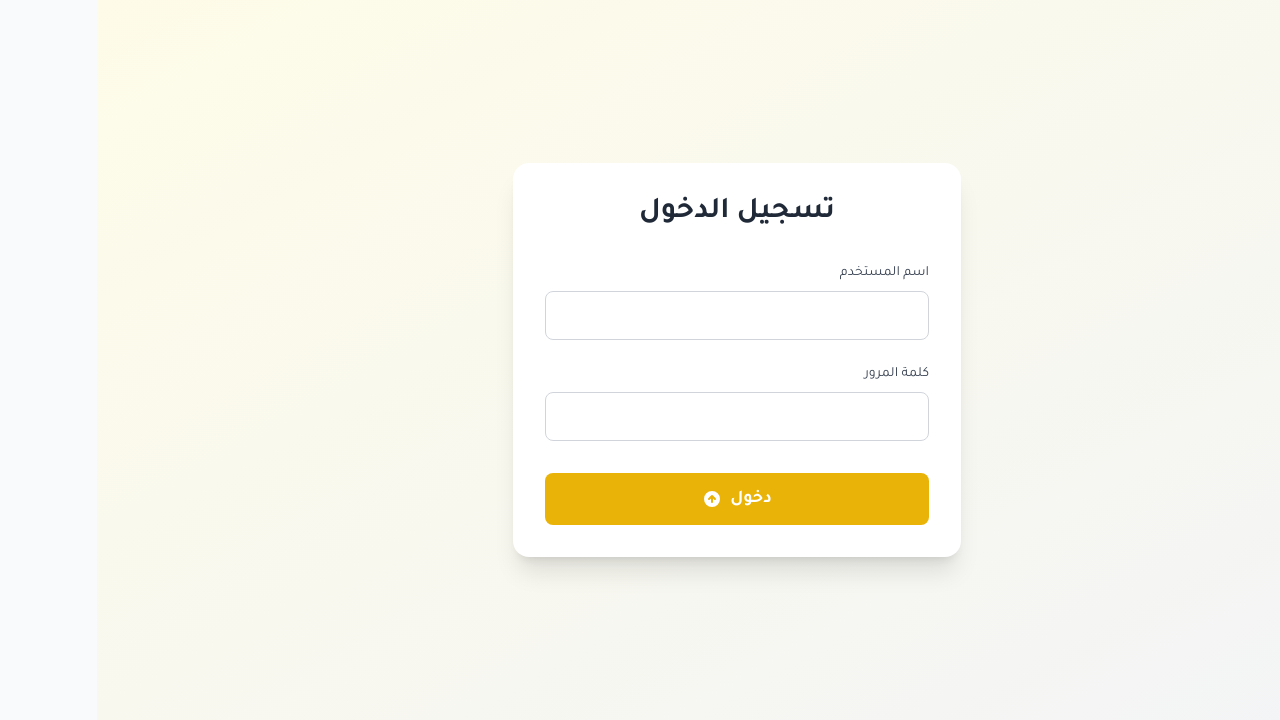
Repository: aseel99/sunduqi
Page: / (app in sunduqi-frontend/)
The author's editor kept a copy of each file at every save. The page is drawn from the files as they stood at one save, then again after the next save.
The browser window is 1280 px wide. The pictures show the whole page.
The project was rebuilt for these pictures with package versions that can differ from the ones it lists, and the page was loaded fresh each time. Also part of the build but not shown: sunduqi-frontend/vite.config.js, sunduqi-frontend/src/pages/NotFound.jsx, sunduqi-frontend/src/pages/Dashboard.jsx, sunduqi-frontend/src/pages/Opening.jsx, sunduqi-frontend/src/pages/ChooseVoucher.jsx, sunduqi-frontend/src/pages/Receipt.jsx, sunduqi-frontend/src/pages/Disbursement.jsx, sunduqi-frontend/src/pages/VoucherDetails.jsx and 12 more.

Above is the page before, as saved 2025-06-16 00:51:37.

### sunduqi-frontend/index.html
<!doctype html>
<html lang="en">
  <head>
    <meta charset="UTF-8" />
    <link rel="icon" type="image/png" href="./src/assets/eshalabi-logo.png" />
    <link href="https://fonts.googleapis.com/css2?family=Tajawal:wght@400;700&display=swap" rel="stylesheet">
    <meta name="viewport" content="width=device-width, initial-scale=1.0" />
    <title>صندوقي</title>
  </head>
  <body>
    <div id="root"></div>
    <script type="module" src="/src/main.jsx"></script>
  </body>
</html>

### sunduqi-frontend/src/main.jsx
import React from 'react';
import ReactDOM from 'react-dom/client';
import App from './App';
import { AuthProvider } from './auth/AuthContext';
import { ToastContainer } from 'react-toastify';
import 'react-toastify/dist/ReactToastify.css';
import './styles/index.css'; // Make sure this is imported

ReactDOM.createRoot(document.getElementById('root')).render(
  <React.StrictMode>
    <AuthProvider>
      <App />
      <ToastContainer position="top-right" autoClose={3000} />
    </AuthProvider>
  </React.StrictMode>
);

### sunduqi-frontend/src/App.jsx
import { BrowserRouter, Routes, Route } from 'react-router-dom';
import Login from './pages/Login';
import NotFound from './pages/NotFound';
import Dashboard from './pages/Dashboard';
import Opening from './pages/Opening';
import ChooseVoucher from './pages/ChooseVoucher';
import Receipt from './pages/Receipt';
import Disbursement from './pages/Disbursement';
import VoucherDetails from './pages/VoucherDetails';
import CashDelivery from './pages/CashDelivery';
import AdminVouchers from './pages/AdminVouchers';
import Matching from './pages/Matching';
import AdminCollection from './pages/AdminCollection';
import AdminPending from './pages/AdminPending';
import AdminSummary from './pages/AdminSummary';
import AdminFinanceSummary from './pages/AdminFinanceSummary';
import Notifications from './pages/Notifications';
import UserManagement from './pages/UserManagement';
import Layout from './components/Layout';
import PrivateRoute from './components/PrivateRoute';

function App() {
  console.log('User in App:', localStorage.getItem('user'));
  return (
    <BrowserRouter>
      <Routes>
        <Route path="/login" element={<Login />} />
        <Route path="/test" element={<div>Hello</div>} />

        {/* Protected Layout for logged-in users */}
        <Route element={<PrivateRoute />}>
          <Route element={<Layout />}>
            <Route path="/" element={<Dashboard />} />
            <Route path="/opening" element={<Opening />} />
            <Route path="/vouchers" element={<ChooseVoucher />} />
            <Route path="/receipt" element={<Receipt />} />
            <Route path="/receipt/:id" element={<VoucherDetails />} />
            <Route path="/disbursement" element={<Disbursement />} />
            <Route path="/disbursement/:id" element={<VoucherDetails />} />
            <Route path="/cash-delivery" element={<CashDelivery />} />
            <Route path="/matching" element={<Matching />} />
            <Route path="/notifications" element={<Notifications />} />

            {/* Admin-only routes */}
            <Route element={<PrivateRoute allowedRoles={["admin"]} />}>
              <Route path="/admin/vouchers" element={<AdminVouchers />} />
              <Route path="/admin/collection" element={<AdminCollection />} />
              <Route path="/admin/matching" element={<Matching />} />
              <Route path="/admin/finance-summary" element={<AdminFinanceSummary />} /> {/* ملخص المقبوضات والمصروفات */}
              <Route path="/admin/pending" element={<AdminPending />} />
              <Route path="/admin/users" element={<UserManagement />} />
              <Route path="/admin/summary" element={<AdminSummary />} />
            </Route>
          </Route>
        </Route>

        <Route path="*" element={<NotFound />} />
      </Routes>
    </BrowserRouter>
  );
}

export default App;

### sunduqi-frontend/src/auth/AuthContext.jsx
import { createContext, useContext, useState, useEffect } from 'react';

const AuthContext = createContext();

export function AuthProvider({ children }) {
  const [user, setUser] = useState(() => {
    const saved = localStorage.getItem('user');
    return saved ? JSON.parse(saved) : null;
  });

  const login = (data) => {
    setUser(data.user);
    localStorage.setItem('user', JSON.stringify(data.user));
    localStorage.setItem('token', data.token);
  };

  const logout = () => {
    setUser(null);
    localStorage.removeItem('user');
    localStorage.removeItem('token');
  };

  return (
    <AuthContext.Provider value={{ user, login, logout }}>
      {children}
    </AuthContext.Provider>
  );
}

export const useAuth = () => useContext(AuthContext);

### sunduqi-frontend/src/styles/index.css
@tailwind base;
@tailwind components;
@tailwind utilities;

body {
  direction: rtl;
  @apply bg-graylight text-secondary font-arabic text-sm leading-relaxed;
}

input, select, textarea {
  @apply border border-bordergray rounded px-3 py-2 bg-white focus:outline-none focus:ring-2 focus:ring-primary transition;
}

button {
  @apply font-semibold transition duration-150 ease-in-out rounded px-4 py-2;
}

.btn-primary {
  @apply bg-primary text-white hover:bg-accent;
}

.btn-secondary {
  @apply bg-gray-200 text-secondary hover:bg-gray-300;
}

.heading {
  @apply text-lg font-bold text-secondary mb-2;
}

.card {
  @apply bg-white p-4 rounded-xl shadow-card;
}

table {
  @apply w-full border text-right text-sm;
}
th {
  @apply bg-gray-100 border px-2 py-2 text-secondary;
}
td {
  @apply border px-2 py-2;
}
tr:hover {
  @apply bg-gray-50;
}

### sunduqi-frontend/src/pages/Login.jsx
import { useState } from 'react';
import { useNavigate } from 'react-router-dom';
import { useAuth } from '../auth/AuthContext';
import axios from '../api/axios';

export default function Login() {
  const [username, setUsername] = useState('');
  const [password, setPassword] = useState('');
  const { login } = useAuth();
  const navigate = useNavigate();
  const [error, setError] = useState('');

  const handleLogin = async (e) => {
    e.preventDefault();
    setError('');

    try {
      const res = await axios.post('/auth/login', { username, password });
      login(res.data); // { token, user }
      navigate('/');
    } catch (err) {
      setError('فشل تسجيل الدخول. تحقق من البيانات.');
    }
  };

  return (
    <div className="min-h-screen flex items-center justify-center bg-gradient-to-br from-yellow-50 to-gray-100 font-[Tajawal]" dir="rtl">
      <form onSubmit={handleLogin} className="bg-white shadow-xl rounded-2xl p-8 w-full max-w-md">
        <h2 className="text-3xl font-bold mb-8 text-center text-gray-800">تسجيل الدخول</h2>

        {error && (
          <div className="mb-6 p-3 bg-red-100 text-red-700 rounded-lg text-sm flex items-center">
            <svg xmlns="http://www.w3.org/2000/svg" className="h-5 w-5 ml-2" viewBox="0 0 20 20" fill="currentColor">
              <path fillRule="evenodd" d="M18 10a8 8 0 11-16 0 8 8 0 0116 0zm-7 4a1 1 0 11-2 0 1 1 0 012 0zm-1-9a1 1 0 00-1 1v4a1 1 0 102 0V6a1 1 0 00-1-1z" clipRule="evenodd" />
            </svg>
            {error}
          </div>
        )}

        <div className="mb-6">
          <label className="block mb-2 text-sm font-medium text-gray-700">اسم المستخدم</label>
          <input
            type="text"
            className="w-full px-4 py-3 border border-gray-300 rounded-lg focus:outline-none focus:ring-2 focus:ring-yellow-400 focus:border-transparent transition"
            value={username}
            onChange={(e) => setUsername(e.target.value)}
            required
          />
        </div>

        <div className="mb-8">
          <label className="block mb-2 text-sm font-medium text-gray-700">كلمة المرور</label>
          <input
            type="password"
            className="w-full px-4 py-3 border border-gray-300 rounded-lg focus:outline-none focus:ring-2 focus:ring-yellow-400 focus:border-transparent transition"
            value={password}
            onChange={(e) => setPassword(e.target.value)}
            required
          />
        </div>

        <button
          type="submit"
          className="w-full bg-yellow-500 hover:bg-yellow-600 text-white font-bold py-3 px-4 rounded-lg transition duration-300 flex items-center justify-center text-lg"
        >
          <span>دخول</span>
          <svg xmlns="http://www.w3.org/2000/svg" className="h-5 w-5 mr-2" viewBox="0 0 20 20" fill="currentColor">
            <path fillRule="evenodd" d="M10 18a8 8 0 100-16 8 8 0 000 16zm3.707-8.707l-3-3a1 1 0 00-1.414 0l-3 3a1 1 0 001.414 1.414L9 9.414V13a1 1 0 102 0V9.414l1.293 1.293a1 1 0 001.414-1.414z" clipRule="evenodd" />
          </svg>
        </button>
      </form>
    </div>
  );
}

### sunduqi-frontend/src/components/PrivateRoute.jsx
import { Navigate, Outlet } from 'react-router-dom';
import { useAuth } from '../auth/AuthContext';

export default function PrivateRoute({ allowedRoles = [] }) {
  const { user } = useAuth();
  console.log('PrivateRoute: user =', user);

  if (!user) return <Navigate to="/login" replace />;
  if (allowedRoles.length > 0 && !allowedRoles.includes(user.role)) {
    return <Navigate to="/" replace />;
  }

  return <Outlet />;
}

### sunduqi-frontend/src/api/axios.js
import axios from 'axios';

const instance = axios.create({
  baseURL: 'http://localhost:3001/api',
  withCredentials: true
});

// Attach token
instance.interceptors.request.use((config) => {
  const token = localStorage.getItem('token');
  if (token) {
    config.headers.Authorization = `Bearer ${token}`;
  }
  return config;
});

export default instance;

### sunduqi-frontend/tailwind.config.js
/** @type {import('tailwindcss').Config} */
module.exports = {
  content: [
    './index.html',
    './src/**/*.{js,jsx,ts,tsx}',
  ],
  theme: {
    extend: {
      colors: {
        primary: '#F5C700',         // الأصفر المميز لشعار eshalabi
        secondary: '#333333',       // رمادي داكن للنصوص
        accent: '#E5B600',          // لون أصفر أغمق للـ hover
        graylight: '#F9FAFB',       // خلفية ناعمة جداً
        bordergray: '#E5E7EB',      // لون للحدود والفواصل
        muted: '#9CA3AF',           // رمادي للنصوص الثانوية
        danger: '#EF4444',          // أحمر للتنبيهات
        success: '#10B981',         // أخضر للحالات الناجحة
      },
      fontFamily: {
        arabic: ['Tajawal', 'sans-serif'],
      },
      boxShadow: {
        card: '0 1px 3px rgba(0,0,0,0.05), 0 4px 6px rgba(0,0,0,0.1)',
      },
      borderRadius: {
        xl: '1rem',
      },
    },
  },
  plugins: [],
}

After the next save:
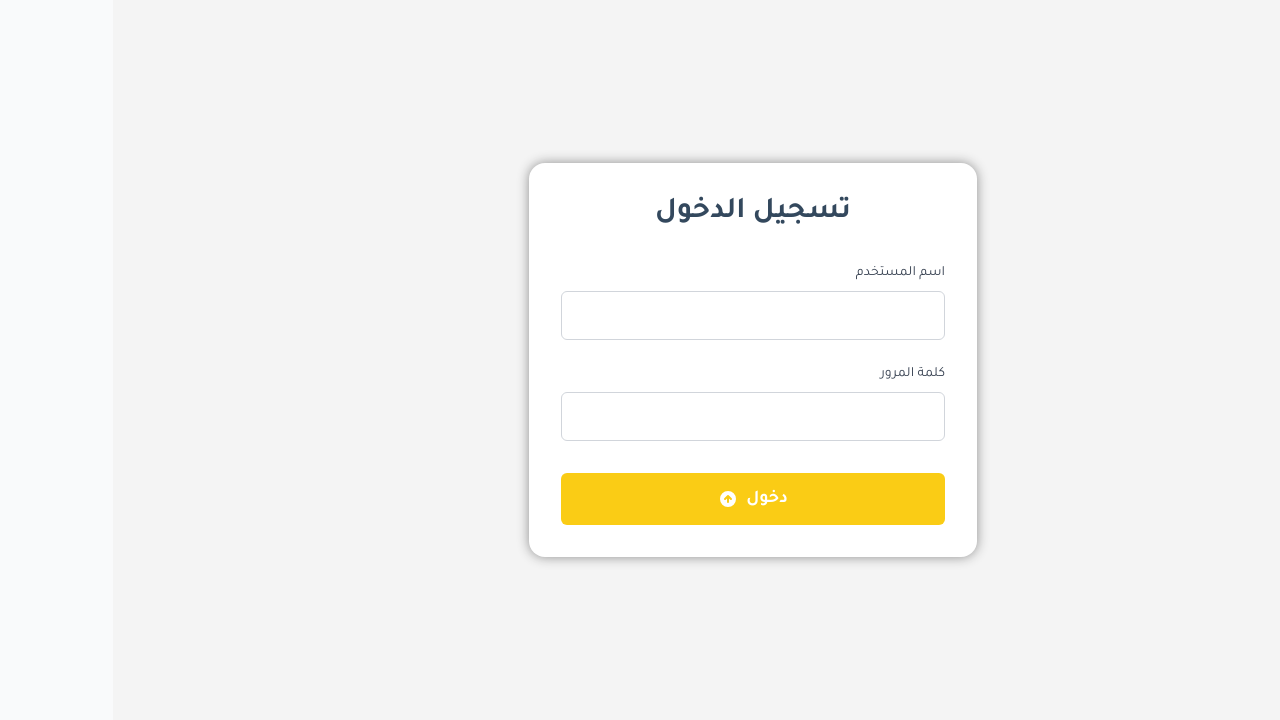
Saved 2 min 41 s later.
--- a/sunduqi-frontend/src/pages/Login.jsx
+++ b/sunduqi-frontend/src/pages/Login.jsx
@@ -10,13 +10,14 @@
   const navigate = useNavigate();
   const [error, setError] = useState('');
 
+  // Handle login submission
   const handleLogin = async (e) => {
     e.preventDefault();
     setError('');
 
     try {
       const res = await axios.post('/auth/login', { username, password });
-      login(res.data); // { token, user }
+      login(res.data); // contains { token, user }
       navigate('/');
     } catch (err) {
       setError('فشل تسجيل الدخول. تحقق من البيانات.');
@@ -24,48 +25,83 @@
   };
 
   return (
-    <div className="min-h-screen flex items-center justify-center bg-gradient-to-br from-yellow-50 to-gray-100 font-[Tajawal]" dir="rtl">
-      <form onSubmit={handleLogin} className="bg-white shadow-xl rounded-2xl p-8 w-full max-w-md">
-        <h2 className="text-3xl font-bold mb-8 text-center text-gray-800">تسجيل الدخول</h2>
+    <div
+      className="min-h-screen flex items-center justify-center bg-[#f4f4f4] font-[Tajawal] p-4"
+      dir="rtl"
+    >
+      <form
+        onSubmit={handleLogin}
+        className="bg-white shadow-[0_0_12px_#8e8e8e] rounded-xl p-8 w-full max-w-md"
+      >
+        {/* Page Title */}
+        <h2 className="text-3xl font-bold mb-8 text-center text-[#33485d]">
+          تسجيل الدخول
+        </h2>
 
+        {/* Error message block */}
         {error && (
           <div className="mb-6 p-3 bg-red-100 text-red-700 rounded-lg text-sm flex items-center">
-            <svg xmlns="http://www.w3.org/2000/svg" className="h-5 w-5 ml-2" viewBox="0 0 20 20" fill="currentColor">
-              <path fillRule="evenodd" d="M18 10a8 8 0 11-16 0 8 8 0 0116 0zm-7 4a1 1 0 11-2 0 1 1 0 012 0zm-1-9a1 1 0 00-1 1v4a1 1 0 102 0V6a1 1 0 00-1-1z" clipRule="evenodd" />
+            <svg
+              xmlns="http://www.w3.org/2000/svg"
+              className="h-5 w-5 ml-2"
+              viewBox="0 0 20 20"
+              fill="currentColor"
+            >
+              <path
+                fillRule="evenodd"
+                d="M18 10a8 8 0 11-16 0 8 8 0 0116 0zm-7 4a1 1 0 11-2 0 1 1 0 012 0zm-1-9a1 1 0 00-1 1v4a1 1 0 102 0V6a1 1 0 00-1-1z"
+                clipRule="evenodd"
+              />
             </svg>
             {error}
           </div>
         )}
 
+        {/* Username Field */}
         <div className="mb-6">
-          <label className="block mb-2 text-sm font-medium text-gray-700">اسم المستخدم</label>
+          <label className="block mb-2 text-sm font-medium text-gray-700">
+            اسم المستخدم
+          </label>
           <input
             type="text"
-            className="w-full px-4 py-3 border border-gray-300 rounded-lg focus:outline-none focus:ring-2 focus:ring-yellow-400 focus:border-transparent transition"
+            className="w-full px-4 py-3 border border-gray-300 rounded-md focus:outline-none focus:ring-2 focus:ring-yellow-400 focus:border-transparent transition"
             value={username}
             onChange={(e) => setUsername(e.target.value)}
             required
           />
         </div>
 
+        {/* Password Field */}
         <div className="mb-8">
-          <label className="block mb-2 text-sm font-medium text-gray-700">كلمة المرور</label>
+          <label className="block mb-2 text-sm font-medium text-gray-700">
+            كلمة المرور
+          </label>
           <input
             type="password"
-            className="w-full px-4 py-3 border border-gray-300 rounded-lg focus:outline-none focus:ring-2 focus:ring-yellow-400 focus:border-transparent transition"
+            className="w-full px-4 py-3 border border-gray-300 rounded-md focus:outline-none focus:ring-2 focus:ring-yellow-400 focus:border-transparent transition"
             value={password}
             onChange={(e) => setPassword(e.target.value)}
             required
           />
         </div>
 
+        {/* Submit Button */}
         <button
           type="submit"
-          className="w-full bg-yellow-500 hover:bg-yellow-600 text-white font-bold py-3 px-4 rounded-lg transition duration-300 flex items-center justify-center text-lg"
+          className="w-full bg-yellow-400 hover:bg-yellow-500 text-white font-bold py-3 px-4 rounded-md transition duration-300 flex items-center justify-center text-lg"
         >
           <span>دخول</span>
-          <svg xmlns="http://www.w3.org/2000/svg" className="h-5 w-5 mr-2" viewBox="0 0 20 20" fill="currentColor">
-            <path fillRule="evenodd" d="M10 18a8 8 0 100-16 8 8 0 000 16zm3.707-8.707l-3-3a1 1 0 00-1.414 0l-3 3a1 1 0 001.414 1.414L9 9.414V13a1 1 0 102 0V9.414l1.293 1.293a1 1 0 001.414-1.414z" clipRule="evenodd" />
+          <svg
+            xmlns="http://www.w3.org/2000/svg"
+            className="h-5 w-5 mr-2"
+            viewBox="0 0 20 20"
+            fill="currentColor"
+          >
+            <path
+              fillRule="evenodd"
+              d="M10 18a8 8 0 100-16 8 8 0 000 16zm3.707-8.707l-3-3a1 1 0 00-1.414 0l-3 3a1 1 0 001.414 1.414L9 9.414V13a1 1 0 102 0V9.414l1.293 1.293a1 1 0 001.414-1.414z"
+              clipRule="evenodd"
+            />
           </svg>
         </button>
       </form>

After the save that followed:
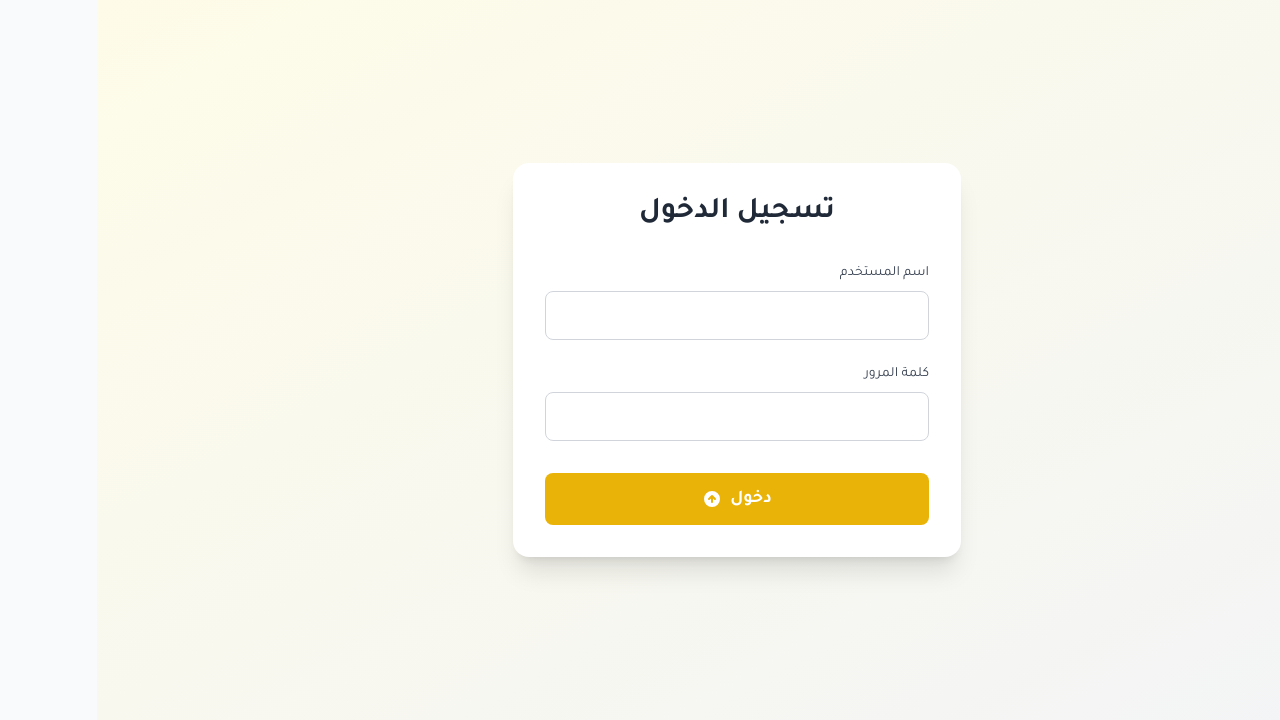
Saved 38 s later.
--- a/sunduqi-frontend/src/pages/Login.jsx
+++ b/sunduqi-frontend/src/pages/Login.jsx
@@ -10,14 +10,13 @@
   const navigate = useNavigate();
   const [error, setError] = useState('');
 
-  // Handle login submission
   const handleLogin = async (e) => {
     e.preventDefault();
     setError('');
 
     try {
       const res = await axios.post('/auth/login', { username, password });
-      login(res.data); // contains { token, user }
+      login(res.data); // { token, user }
       navigate('/');
     } catch (err) {
       setError('فشل تسجيل الدخول. تحقق من البيانات.');
@@ -25,83 +24,48 @@
   };
 
   return (
-    <div
-      className="min-h-screen flex items-center justify-center bg-[#f4f4f4] font-[Tajawal] p-4"
-      dir="rtl"
-    >
-      <form
-        onSubmit={handleLogin}
-        className="bg-white shadow-[0_0_12px_#8e8e8e] rounded-xl p-8 w-full max-w-md"
-      >
-        {/* Page Title */}
-        <h2 className="text-3xl font-bold mb-8 text-center text-[#33485d]">
-          تسجيل الدخول
-        </h2>
+    <div className="min-h-screen flex items-center justify-center bg-gradient-to-br from-yellow-50 to-gray-100 font-[Tajawal]" dir="rtl">
+      <form onSubmit={handleLogin} className="bg-white shadow-xl rounded-2xl p-8 w-full max-w-md">
+        <h2 className="text-3xl font-bold mb-8 text-center text-gray-800">تسجيل الدخول</h2>
 
-        {/* Error message block */}
         {error && (
           <div className="mb-6 p-3 bg-red-100 text-red-700 rounded-lg text-sm flex items-center">
-            <svg
-              xmlns="http://www.w3.org/2000/svg"
-              className="h-5 w-5 ml-2"
-              viewBox="0 0 20 20"
-              fill="currentColor"
-            >
-              <path
-                fillRule="evenodd"
-                d="M18 10a8 8 0 11-16 0 8 8 0 0116 0zm-7 4a1 1 0 11-2 0 1 1 0 012 0zm-1-9a1 1 0 00-1 1v4a1 1 0 102 0V6a1 1 0 00-1-1z"
-                clipRule="evenodd"
-              />
+            <svg xmlns="http://www.w3.org/2000/svg" className="h-5 w-5 ml-2" viewBox="0 0 20 20" fill="currentColor">
+              <path fillRule="evenodd" d="M18 10a8 8 0 11-16 0 8 8 0 0116 0zm-7 4a1 1 0 11-2 0 1 1 0 012 0zm-1-9a1 1 0 00-1 1v4a1 1 0 102 0V6a1 1 0 00-1-1z" clipRule="evenodd" />
             </svg>
             {error}
           </div>
         )}
 
-        {/* Username Field */}
         <div className="mb-6">
-          <label className="block mb-2 text-sm font-medium text-gray-700">
-            اسم المستخدم
-          </label>
+          <label className="block mb-2 text-sm font-medium text-gray-700">اسم المستخدم</label>
           <input
             type="text"
-            className="w-full px-4 py-3 border border-gray-300 rounded-md focus:outline-none focus:ring-2 focus:ring-yellow-400 focus:border-transparent transition"
+            className="w-full px-4 py-3 border border-gray-300 rounded-lg focus:outline-none focus:ring-2 focus:ring-yellow-400 focus:border-transparent transition"
             value={username}
             onChange={(e) => setUsername(e.target.value)}
             required
           />
         </div>
 
-        {/* Password Field */}
         <div className="mb-8">
-          <label className="block mb-2 text-sm font-medium text-gray-700">
-            كلمة المرور
-          </label>
+          <label className="block mb-2 text-sm font-medium text-gray-700">كلمة المرور</label>
           <input
             type="password"
-            className="w-full px-4 py-3 border border-gray-300 rounded-md focus:outline-none focus:ring-2 focus:ring-yellow-400 focus:border-transparent transition"
+            className="w-full px-4 py-3 border border-gray-300 rounded-lg focus:outline-none focus:ring-2 focus:ring-yellow-400 focus:border-transparent transition"
             value={password}
             onChange={(e) => setPassword(e.target.value)}
             required
           />
         </div>
 
-        {/* Submit Button */}
         <button
           type="submit"
-          className="w-full bg-yellow-400 hover:bg-yellow-500 text-white font-bold py-3 px-4 rounded-md transition duration-300 flex items-center justify-center text-lg"
+          className="w-full bg-yellow-500 hover:bg-yellow-600 text-white font-bold py-3 px-4 rounded-lg transition duration-300 flex items-center justify-center text-lg"
         >
           <span>دخول</span>
-          <svg
-            xmlns="http://www.w3.org/2000/svg"
-            className="h-5 w-5 mr-2"
-            viewBox="0 0 20 20"
-            fill="currentColor"
-          >
-            <path
-              fillRule="evenodd"
-              d="M10 18a8 8 0 100-16 8 8 0 000 16zm3.707-8.707l-3-3a1 1 0 00-1.414 0l-3 3a1 1 0 001.414 1.414L9 9.414V13a1 1 0 102 0V9.414l1.293 1.293a1 1 0 001.414-1.414z"
-              clipRule="evenodd"
-            />
+          <svg xmlns="http://www.w3.org/2000/svg" className="h-5 w-5 mr-2" viewBox="0 0 20 20" fill="currentColor">
+            <path fillRule="evenodd" d="M10 18a8 8 0 100-16 8 8 0 000 16zm3.707-8.707l-3-3a1 1 0 00-1.414 0l-3 3a1 1 0 001.414 1.414L9 9.414V13a1 1 0 102 0V9.414l1.293 1.293a1 1 0 001.414-1.414z" clipRule="evenodd" />
           </svg>
         </button>
       </form>
